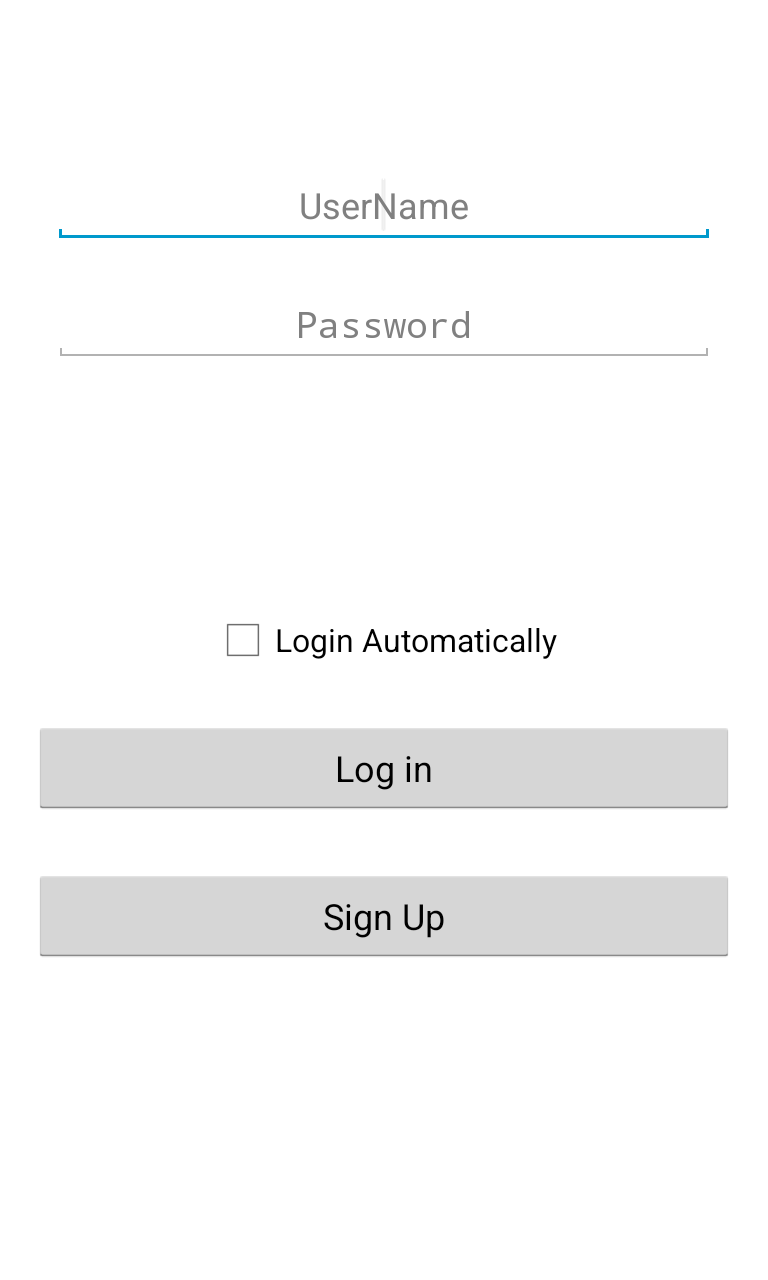
Repository: DinkyDetailsLLC/CPM
Layout: MyHairDid_v1.3/res/layout/activity_login.xml
An editor plug-in stored every save of this project. The layout is shown before and after the next save, followed by the edit.
It is drawn on a 768 x 1280 px phone screen (xhdpi) without system bars, with theme AppTheme; the app's code is not run.

Above is the layout before, as saved 2014-05-01 04:01:24.

### MyHairDid_v1.3/res/layout/activity_login.xml
<RelativeLayout xmlns:android="http://schemas.android.com/apk/res/android"
    xmlns:tools="http://schemas.android.com/tools"
    android:layout_width="match_parent"
    android:layout_height="match_parent"
    android:paddingBottom="@dimen/activity_vertical_margin"
    android:paddingLeft="@dimen/activity_horizontal_margin"
    android:paddingRight="@dimen/activity_horizontal_margin"
    android:paddingTop="@dimen/activity_vertical_margin"
    tools:context=".LoginActivity" >

    <EditText
        android:id="@+id/username"
        android:layout_width="match_parent"
        android:layout_height="wrap_content"
        android:layout_alignParentTop="true"
        android:layout_centerHorizontal="true"
        android:layout_marginTop="67dp"
        android:layout_marginLeft="10dp"
        android:layout_marginRight="10dp"
        android:hint="@string/UserName"
        android:gravity="center"
        android:inputType="textPersonName" >

        <requestFocus />
    </EditText>

    <EditText
        android:id="@+id/password"
        android:layout_width="match_parent"
        android:layout_height="wrap_content"
        android:layout_below="@+id/username"
        android:layout_centerHorizontal="true"
        android:layout_marginTop="20dp"
        android:layout_marginLeft="10dp"
        android:layout_marginRight="10dp"
        android:gravity="center"
        android:hint="@string/Password"
        android:inputType="textPassword" />

    <CheckBox
        android:id="@+id/remember"
        android:layout_width="wrap_content"
        android:layout_height="wrap_content"
        android:layout_centerHorizontal="true"
        android:layout_centerVertical="true"
        android:text="@string/RememberMe" />

    <Button
        android:id="@+id/signup"
        android:layout_width="match_parent"
        android:layout_height="wrap_content"
        android:layout_alignLeft="@+id/login"
        android:layout_below="@+id/login"
        android:layout_marginTop="26dp"
        android:text="@string/SignUp" />

    <Button
        android:id="@+id/login"
        android:layout_width="match_parent"
        android:layout_height="wrap_content"
        android:layout_below="@+id/remember"
        android:layout_centerHorizontal="true"
        android:layout_marginTop="24dp"
        android:text="@string/login" />

</RelativeLayout>

### MyHairDid_v1.3/res/values/strings.xml
<?xml version="1.0" encoding="utf-8"?>
<resources>

    <string name="app_name">myHairDid</string>
    <string name="action_settings">Settings</string>
    <string name="hello_world">Hello world!</string>
    <string name="Username">Username</string>
    <string name="Password">Password</string>
    <string name="LoginBtn">Login</string>
    <string name="SignupBtn">Sign Up</string>
    <string name="LogoutBtn">Log Out</string>
    <string name="Welcome">Welcome!</string>
    <string name="UserName">UserName</string>
    <string name="RememberMe">Login Automatically</string>
    <string name="login">Log in</string>
    <string name="SignUp">Sign Up</string>
    <string name="title_activity_add_client_info">AddClientInfo</string>
    <string name="title_activity_edit_client_info">EditClientInfo</string>

</resources>

Loaded but not shown: MyHairDid_v1.3/res/values/styles.xml (common file); MyHairDid_v1.3/res/values-v11/styles.xml (common file); MyHairDid_v1.3/res/values-v14/styles.xml (common file); MyHairDid_v1.3/res/values/dimens.xml (common file)

After the next save:
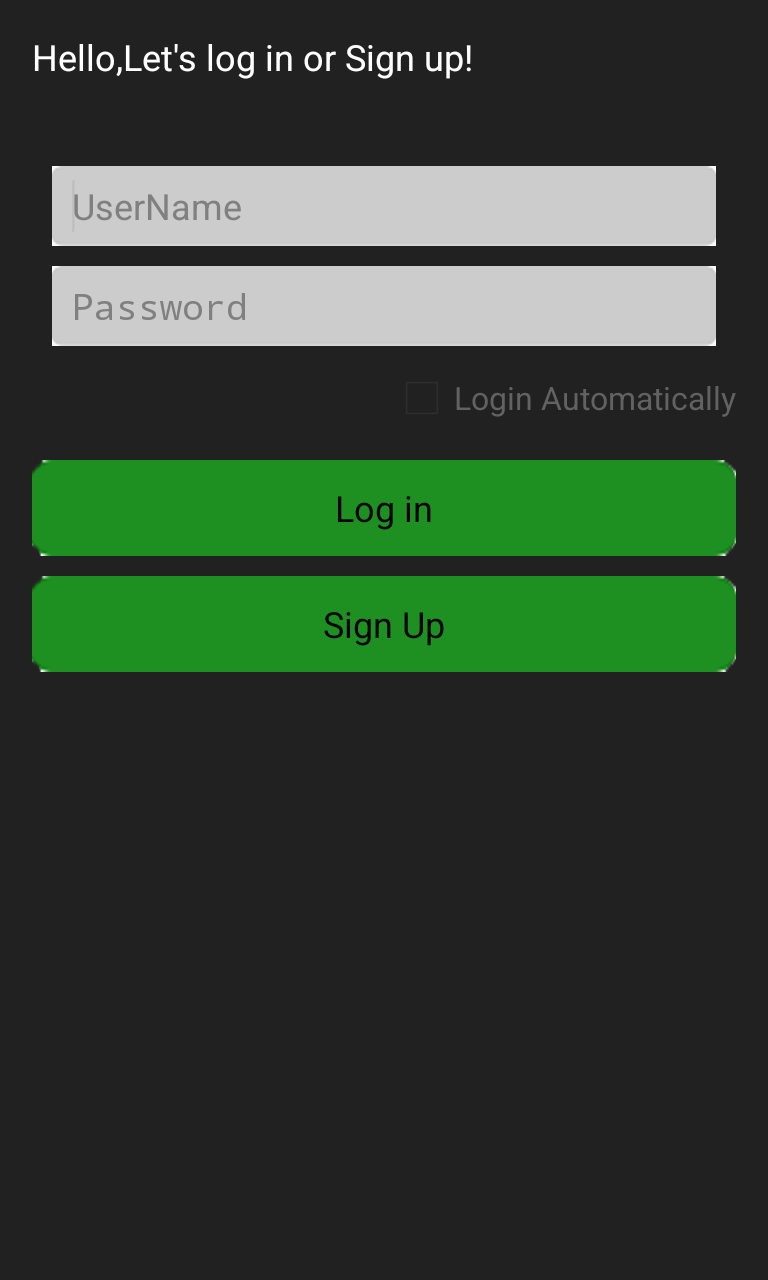
Saved 5 s later.
--- a/MyHairDid_v1.3/res/layout/activity_login.xml
+++ b/MyHairDid_v1.3/res/layout/activity_login.xml
@@ -6,6 +6,7 @@
     android:paddingLeft="@dimen/activity_horizontal_margin"
     android:paddingRight="@dimen/activity_horizontal_margin"
     android:paddingTop="@dimen/activity_vertical_margin"
+    android:background="#212121"
     tools:context=".LoginActivity" >
 
     <EditText
@@ -18,7 +19,9 @@
         android:layout_marginLeft="10dp"
         android:layout_marginRight="10dp"
         android:hint="@string/UserName"
-        android:gravity="center"
+        android:gravity="left|center"
+        android:paddingLeft="10dp"
+        android:background="@drawable/inputbox"
         android:inputType="textPersonName" >
 
         <requestFocus />
@@ -30,20 +33,14 @@
         android:layout_height="wrap_content"
         android:layout_below="@+id/username"
         android:layout_centerHorizontal="true"
-        android:layout_marginTop="20dp"
+        android:paddingLeft="10dp"
+        android:layout_marginTop="10dp"
         android:layout_marginLeft="10dp"
         android:layout_marginRight="10dp"
-        android:gravity="center"
+        android:gravity="left|center"
         android:hint="@string/Password"
+        android:background="@drawable/inputbox"
         android:inputType="textPassword" />
-
-    <CheckBox
-        android:id="@+id/remember"
-        android:layout_width="wrap_content"
-        android:layout_height="wrap_content"
-        android:layout_centerHorizontal="true"
-        android:layout_centerVertical="true"
-        android:text="@string/RememberMe" />
 
     <Button
         android:id="@+id/signup"
@@ -51,7 +48,8 @@
         android:layout_height="wrap_content"
         android:layout_alignLeft="@+id/login"
         android:layout_below="@+id/login"
-        android:layout_marginTop="26dp"
+        android:layout_marginTop="10dp"
+        android:background="@drawable/backbuttoncopy"
         android:text="@string/SignUp" />
 
     <Button
@@ -60,7 +58,29 @@
         android:layout_height="wrap_content"
         android:layout_below="@+id/remember"
         android:layout_centerHorizontal="true"
-        android:layout_marginTop="24dp"
+        android:layout_marginTop="15dp"
+        android:background="@drawable/backbuttoncopy"
         android:text="@string/login" />
 
+    <CheckBox
+        android:id="@+id/remember"
+        android:layout_width="wrap_content"
+        android:layout_height="wrap_content"
+        android:layout_alignRight="@+id/login"
+        android:layout_below="@+id/password"
+        android:textColor="#626262"
+        android:layout_marginTop="10dp"
+
+        android:text="@string/RememberMe" />
+
+    <TextView
+        android:id="@+id/textView1"
+        android:layout_width="wrap_content"
+        android:layout_height="wrap_content"
+        android:layout_alignParentLeft="true"
+        android:layout_alignParentTop="true"
+        android:text="Hello,Let&apos;s log in or Sign up!"
+        android:textAppearance="?android:attr/textAppearanceMedium"
+        android:textColor="@android:color/white" />
+
 </RelativeLayout>
